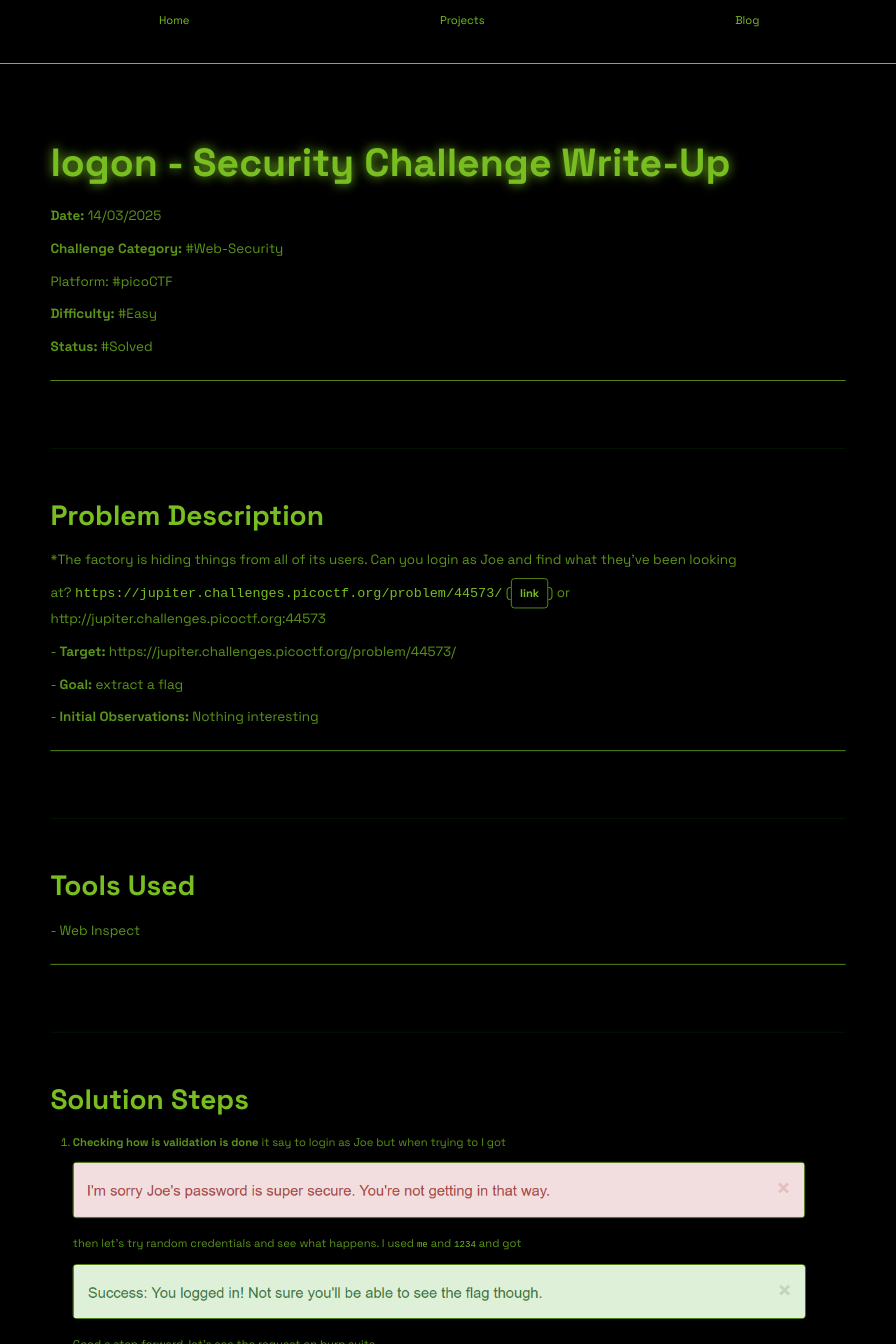
Repository: mohamedsoliman-tq/Website
Page: blogs/picoCTF/logon.html
These files come from the project's save history. The page is drawn as it stood at one moment and after the next save; the edit follows.
The browser window is 1280 px wide. The pictures show the part of the page from y = 0 to 1920 px (the page is 3509 px tall), at 70% of full size.

Above is the page before, as saved 2025-03-14 03:05:18.

After the next save:
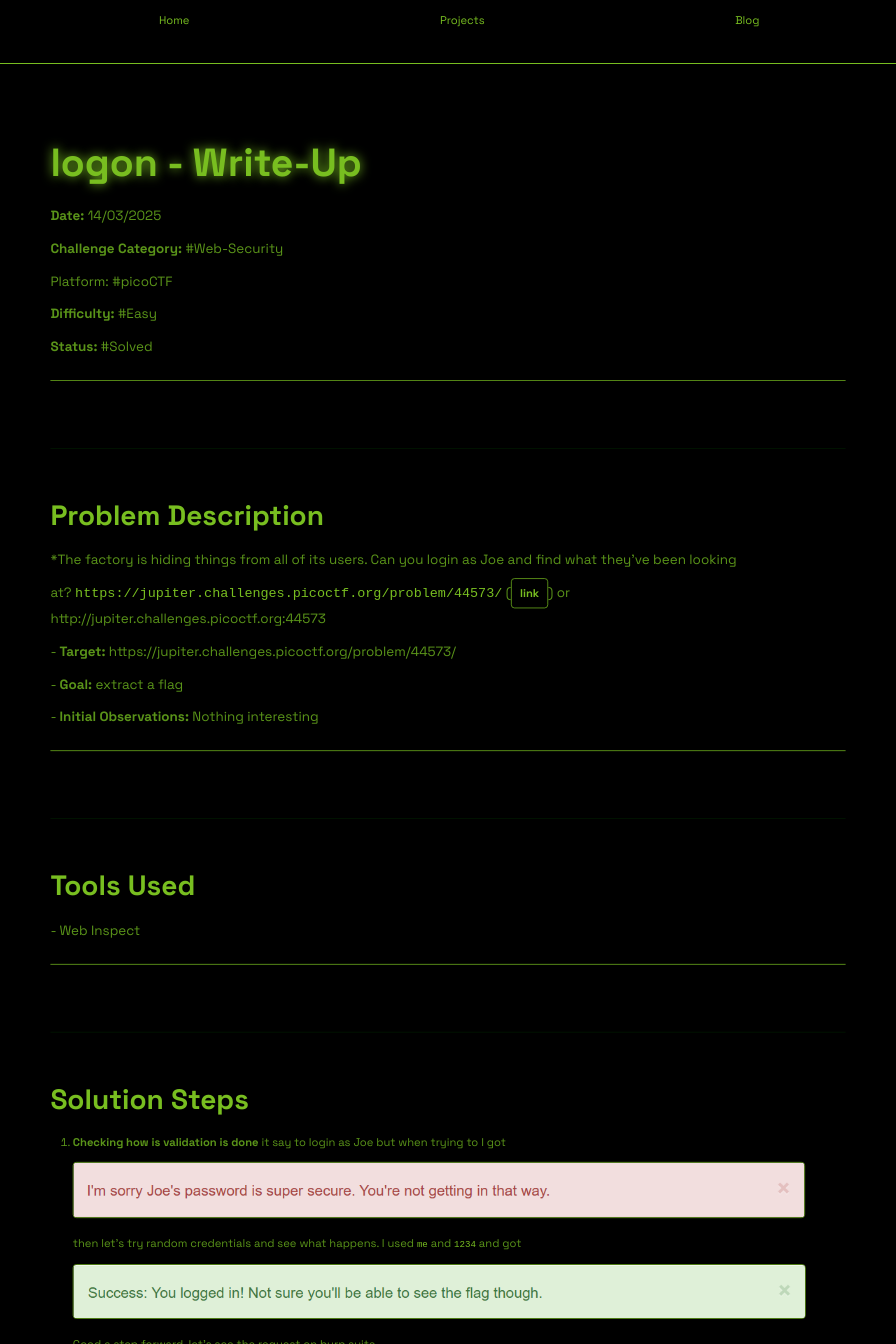
Saved 7 s later.
--- a/blogs/picoCTF/logon.html
+++ b/blogs/picoCTF/logon.html
@@ -18,7 +18,7 @@
     </nav>
     <div class="container">
         <div class="section" id="12---logon---security-challenge-write-up">
-            <h1>logon - Security Challenge Write-Up</h1>
+            <h1>logon - Write-Up</h1>
 
             <p><strong>Date:</strong> 14/03/2025 </p>
             <p><strong>Challenge Category:</strong> #Web-Security </p>
